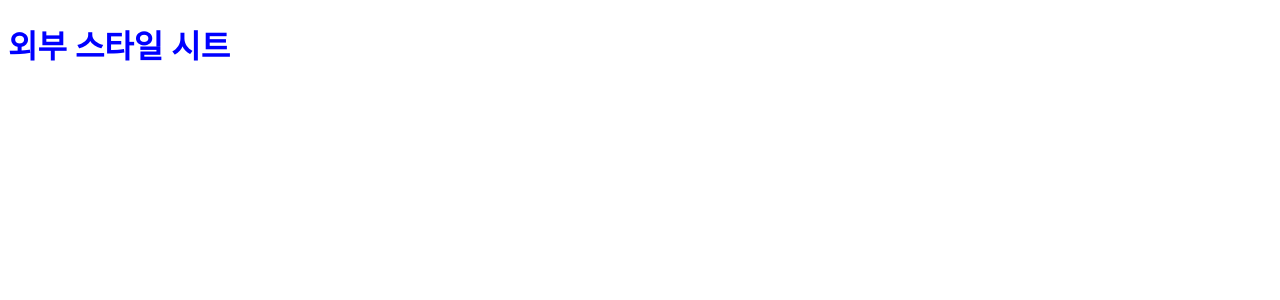
Repository: ggandory/CODE
Page: CSS2.html
These files come from the project's save history. The page is drawn as it stood at one moment and after the next save; the edit follows.
The browser window is 1280 px wide. The pictures show the whole page.

Above is the page before, as saved 2024-01-03 23:21:15.

### CSS2.html
<!DOCTYPE html>
<html lang="en">
  <head>
    <meta charset="UTF-8" />
    <meta name="viewport" content="width=device-width, initial-scale=1.0" />
    <title>Document</title>
    <link rel="stylesheet" href="style.css" />
  </head>
  <body>
    <h1>외부 스타일 시트</h1>
  </body>
</html>

Loaded but not shown: style.css (common file)

After the next save:
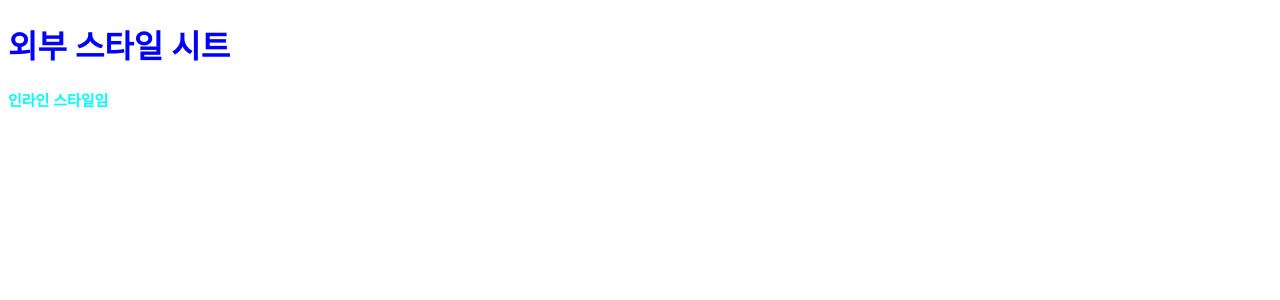
Saved 10 min 57 s later.
--- a/CSS2.html
+++ b/CSS2.html
@@ -8,5 +8,6 @@
   </head>
   <body>
     <h1>외부 스타일 시트</h1>
+    <h2 style="color: aqua; font-size: 15px">인라인 스타일임</h2>
   </body>
 </html>
